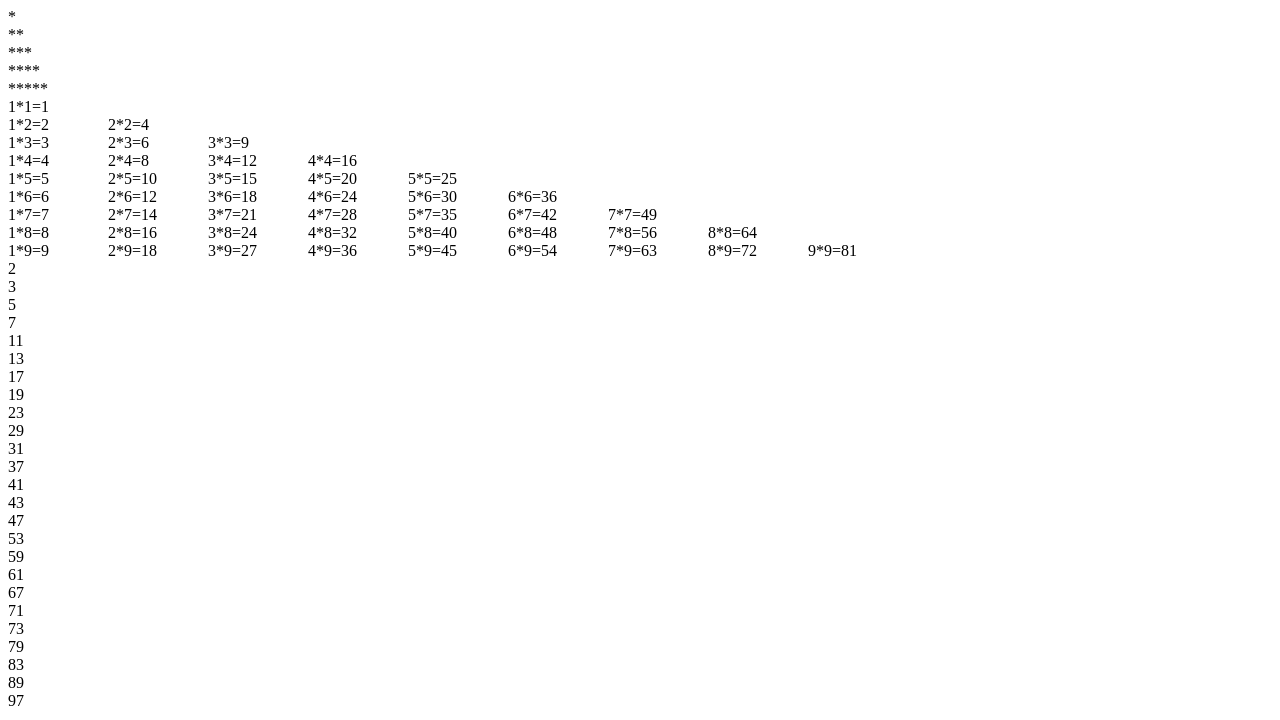
Repository: w441813542/webrecord
Page: JavaScript部分/20for循环练习.html
These files come from the project's save history. The page is drawn as it stood at one moment and after the next save; the edit follows.
The browser window is 1280 px wide. The pictures show the whole page.

Above is the page before, as saved 2021-03-18 10:49:04.

### JavaScript部分/20for循环练习.html
<html lang="en">

<head>
    <meta charset="UTF-8">
    <meta http-equiv="X-UA-Compatible" content="IE=edge">
    <meta name="viewport" content="width= , initial-scale=1.0">
    <title>Document</title>
    <style>
        span {
            display: inline-block;
            width: 100px;
        }
    </style>
    <script type="text/javascript">
        /**

        输出：
          *
          **
          ***
          ****
          *****
        */
        for (var i = 1; i <= 5; i++) {
            for (var j = 0; j < i; j++) {
                document.write("*");
            }
            document.write("<br/>");
        }

        /**
         * 打印九九乘法表
         */

        for (var i = 1; i <= 9; i++) {
            for (var j = 1; j <= i; j++) {
                document.write("<span>" + j + "*" + i + "=" + (i * j) + "</span>");
            }
            document.write("<br/>");
        }


        /**
         * 打印1-100所有质数
         */
        for (var i = 2; i <= 100; i++) {
            var flag = true;
            for (var j = 2; j < i; j++) {
                if (i % j == 0) {
                    flag = false;
                }
            }
            if (flag) {
                document.write(i + "<br/>");
            }
        }
    </script>
</head>

<body>
</body>

</html>

After the next save:
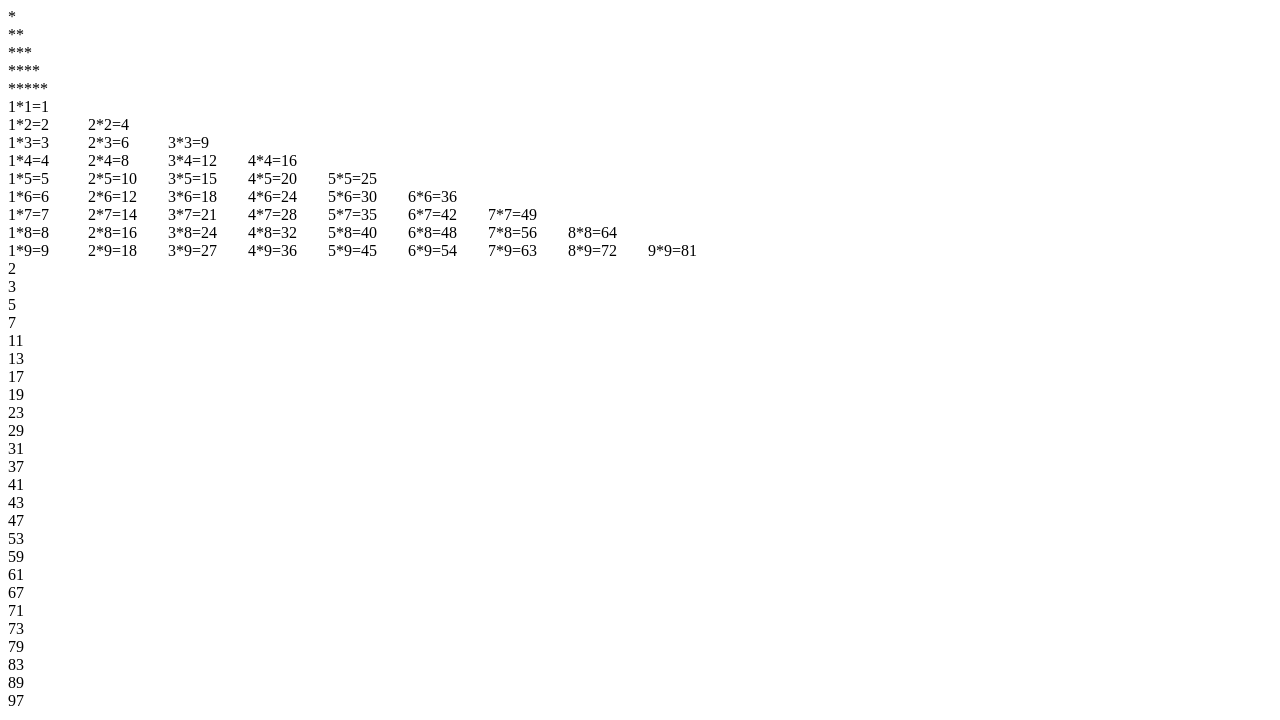
Saved 8 s later.
--- a/JavaScript部分/20for循环练习.html
+++ b/JavaScript部分/20for循环练习.html
@@ -8,7 +8,7 @@
     <style>
         span {
             display: inline-block;
-            width: 100px;
+            width: 80px;
         }
     </style>
     <script type="text/javascript">
